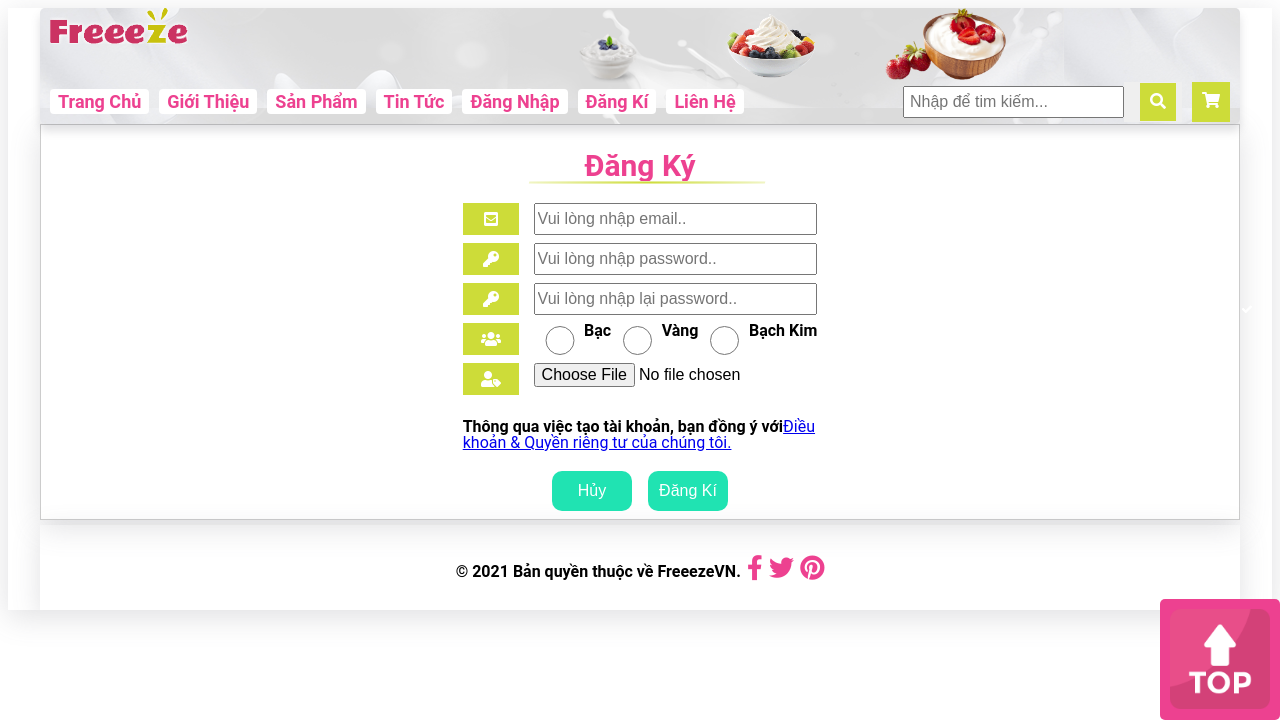
Repository: minh352623/lab1
Page: dangky.html
These files come from the project's save history. The page is drawn as it stood at one moment and after a run of saves; the edit follows.
The browser window is 1280 px wide. The pictures show the whole page.

Above is the page before, as saved 2022-03-13 20:41:16.

### dangky.html
<!DOCTYPE html>
<html lang="en">
  <head>
    <meta charset="UTF-8" />
    <meta http-equiv="X-UA-Compatible" content="IE=edge" />
    <meta name="viewport" content="width=device-width, initial-scale=1.0" />
    <link rel="shortcut icon" href="./images/favicon.ico" type="image/x-icon" />
    <!-- <link rel="stylesheet" href="./assets/font/fontawesome-free-5.15.4-web/css/all.min.css"> -->
    <link
      rel="stylesheet"
      href="https://cdnjs.cloudflare.com/ajax/libs/font-awesome/5.15.4/css/all.min.css"
      integrity="sha512-1ycn6IcaQQ40/MKBW2W4Rhis/DbILU74C1vSrLJxCq57o941Ym01SwNsOMqvEBFlcgUa6xLiPY/NS5R+E6ztJQ=="
      crossorigin="anonymous"
      referrerpolicy="no-referrer"
    />
    <link rel="stylesheet" href="./assets/base.css" />
    <link rel="stylesheet" href="./assets/grid.css" />
    <link rel="stylesheet" href="./assets/main.css" />
    <link rel="stylesheet" href="./assets/dangky.css" />
    <link rel="stylesheet" href="./assets/responsive.css" />
    <link rel="shortcut icon" href="./assets/images/favicon.ico" />
    <title>Đăng Kí</title>
  </head>

  <body>
    <div class="app">
      <!-- header -->
      <div class="header">
        <div class="grid wide">
          <div class="header__backrgoud">
            <a href="index.html" class="header__logo">
              <img src="./assets/images/logo.png" alt="" />
            </a>
            <div class="header__three-img">
              <a href="#" class="header__img img1">
                <img src="./assets/images/header-img1.png" alt="" />
              </a>
              <a href="#" class="header__img img2">
                <img src="./assets/images/header-img2.png" alt="" />
              </a>
              <a href="#" class="header__img img3">
                <img src="./assets/images/header-img3.png" alt="" />
              </a>
            </div>

            <div class="header-navbar">
              <div class="header-navbar__left">
                <ul
                  style="display: flex; list-style: none; padding: 0"
                  class="header__list"
                >
                  <li class="header__item">
                    <a href="./index.html" class="header__item-link"
                      >Trang Chủ</a
                    >
                  </li>
                  <li class="header__item">
                    <a href="./gioithieu.html" class="header__item-link"
                      >Giới Thiệu
                    </a>
                  </li>
                  <li class="header__item">
                    <a href="./sanpham.html" class="header__item-link"
                      >Sản Phẩm</a
                    >
                  </li>
                  <li class="header__item">
                    <a href="./tintuc.html" class="header__item-link"
                      >Tin Tức</a
                    >
                  </li>
                  <li class="header__item">
                    <a href="./dangnhap.html" class="header__item-link"
                      >Đăng Nhập</a
                    >
                  </li>
                  <li class="header__item">
                    <a href="./dangky.html" class="header__item-link"
                      >Đăng Kí</a
                    >
                  </li>
                  <li class="header__item">
                    <a href="./lienhe.html" class="header__item-link"
                      >Liên Hệ</a
                    >
                  </li>
                </ul>
              </div>

              <form
                action="timkiem.html"
                class="header-navbar__right form-search"
              >
                <div class="header-input">
                  <input
                    type="text"
                    class="input-search"
                    submit
                    placeholder="Nhập để tim kiếm..."
                  />
                </div>
                <div class="header-icon">
                  <button type="submit">
                    <a href="#" class="header-icon__search">
                      <i class="fas fa-search"></i>
                    </a>
                  </button>
                  <a class="header-icon__cart">
                    <i class="fas fa-shopping-cart"></i>
                  </a>
                </div>
              </form>
            </div>
          </div>
        </div>
      </div>

      <!-- main -->
      <div class="main">
        <article class="grid wide">
            <div class="container">
              <h1 class="product__title product__header-center">Đăng Ký</h1>
              <!-- <legend><b>ĐẮNG KÝ</b></legend> -->

              <form class="registration" action="#" mothod="post">
                <div class="email-input">

                    <label for="email">
                      <i class="icon-lh fas fa-envelope-square"></i>
                    </label>
                    <input
                      class="input valid"
                      id="email"
                      type="text"
                      placeholder="Vui lòng nhập email.."

                    />
                    <div class="input-icons">
                        <i class="fa fa-check"></i>
                        <i class="fa fa-times"></i>
                      </div>
                </div>

                <div class="password-input">

                    <label for="mk">
                      <!-- <b>Mật Khẩu</b> -->
                      <i class="icon-lh fas fa-key"></i>
                    </label>
                    <input
                      class="input valid"
                      id="password"
                      type="password"
                      placeholder="Vui lòng nhập password.."
                    />
                    <div class="input-icons">
                        <i class="fa fa-check"></i>
                        <i class="fa fa-times"></i>
                      </div>

                </div>


                    <div class="password-repeat">

                        <label for="nhaplai">
                          <!-- <b>Nhập Lại Mật Khẩu</b> -->
                          <i class="icon-lh fas fa-key"></i>
                        </label>
                        <input

                          id="password-repeat"
                          type="password"
                          placeholder="Vui lòng nhập lại password.."
                        />
                    </div>
                    <div class="rank-input">

                        <label for="capdo">
                          <!-- <b>Cấp độ thành viên</b> -->
                          <i class="icon-lh fas fa-users"></i>
                        </label>
                        <input  id="capdo" type="radio" name="radio" 1 />
                        <span>
                          <b>Bạc</b>
                        </span>
                        <input  id="capdo" type="radio" name="radio" />
                        <span>
                          <b>Vàng</b>
                        </span>
                        <input  id="capdo" type="radio" name="radio" />
                        <span>
                          <b>Bạch Kim</b>
                        </span>
                    </div>
                    <div class="avatar-input">

                        <label for="anh">
                          <!-- <b>Ảnh Đại Diện</b> -->
                          <i class="icon-lh fas fa-user-tag"></i>
                        </label>
                        <input  id="anh" type="file" />
                    </div>

                    <div class="info-input">

                        <p>
                          <b>Thông qua việc tạo tài khoản, bạn đồng ý với</b
                          ><a href="#"
                            >Điều khoản & Quyền riêng tư của chúng tôi.</a
                          >
                        </p>
                    </div>
                    <div class="submit-input">

                        <input type="reset" value="Hủy" >
                        <input  type="submit" value="Đăng Kí" >
                    </div>


              </form>
            </div>
        </article>
      </div>

      <!-- footer -->
      <div class="footer">
        <div class="grid wide">
          <div class="license">
            <span><b>© 2021 Bản quyền thuộc về FreeezeVN.</b></span>
            <a href="">
              <i class="fab fa-facebook-f"></i>
            </a>
            <a href="">
              <i class="fab fa-twitter"></i>
            </a>
            <a href="">
              <i class="fab fa-pinterest"></i>
            </a>
          </div>
          <a href="#" class="scoll">
            <img src="./assets/images/top.png" alt="" />
          </a>
        </div>
      </div>
    </div>
    <script src="./js/app.js"></script>
    <script src="./js/dangki.js"></script>
  </body>
</html>

### assets/base.css
:root {
    --white-color:#fff;
    --black-color:#000;
    --text-color:#333;
    --text-color-header:#ed4190;
    --header-height:40px;
    --header-height-main:50px;
}

*{
    box-sizing: inherit;
}
.app {
    overflow: hidden;
}
html {
    font-size: 62.5%;
    line-height: 1.6rem;
    font-family: 'Roboto', sans-serif;
    box-sizing: border-box;


}

.btn {
    min-width: 124px;
    height: 34px;
    text-decoration: none;
    border: none;
    font-size: 1.5rem;
    cursor: pointer;
    color: var(--text-color);

    display: flex;
    justify-content: center;
    align-items: center;
    padding: 0 12px;
    background-color: var(--white-color);
    line-height: 1.6rem;
    outline: none;
}
.btn--size-s {
    height: 32px;
    font-size: 1.2rem;
}
.btn.btn--nomal-hover:hover {
    background-color: rgba(0, 0, 0,0.2);
}

.btn.btn--primary {
    background-color: var(--primary-color);
    color: var(--white-color);
}

.btn.btn--disabled {
    cursor: default;
    background-color: #c3c3c3;
    color: #949494;
}

### assets/main.css

html{
    scroll-behavior: smooth;
}
.app{
    position: relative;
    box-shadow: rgba(100, 100, 111, 0.2) 0px 7px 29px 0px;
    margin-bottom: 10px;
}
button{
    border: none;
}
.header.is-fixed {
    position: fixed;
    top: 0;
    left: 0;
    width: 100%;
    z-index: 100;
    animation: fade 0.25s forwards 1;
  }
.header__backrgoud {
    background-image: url('./images/header.png');
    border-radius: 5px;
    padding: 0 10px;
    /* height:10rem; */
    overflow: hidden;
    display: block;
    position: relative;
    box-shadow: rgba(100, 100, 111, 0.2) 0px 7px 10px 0px;
}

.header__logo {
    display: inline-block;
}

.header__three-img {
    position: absolute;
    top: 0;
    left: 20%;
    width: 80%;



}

.header__img {
    display: inline-block;



}

.img1 {
    position: absolute;
    animation: img1 ease 1s;
    left: 30%;
    top: 2%;

}

.img2 {
    position: absolute;
    animation: img2 ease 1s;
    left: 45%;
    top: 2%;

}

.img3 {
    position: absolute;
    animation: img3 ease 1s;
    left: 63%;
    top: 2%;

}

@keyframes img1 {
    0% {
        left: 100%;
    }

    100% {
        left: 20%
    }
}

@keyframes img2 {
    0% {
        left: 100%;
    }

    100% {
        left: 40%
    }
}

@keyframes img3 {
    0% {
        left: 100%;
    }

    100% {
        left: 60%
    }
}

.header__img img {
    height: 80px;
}


.header-navbar {

    display: flex;
    justify-content: space-between;
    margin-top: 30px;
}

.header-navbar__left {
    display: flex;
    align-items: center;

}

.header__list {
    padding: 0;
    list-style: none;
    display: flex;

}

.header__item+.header__item {
    margin-left: 10px;
}

.header__item {

    background-color: var(--white-color);
    border-radius: 4px;
}
.header__item:hover a{
    color: var(--white-color);
    background-color: var(--text-color-header);
    border-radius: 4px;

}

.header__item-link {
    width: 100%;
    padding: 0 8px;
    line-height: 1.4;
    font-size: 1.8rem;
    font-weight: 600;
    display: block;
    text-decoration: none;
    color: var(--text-color-header)
}

.header-navbar__right {
    display: flex;


    align-items: center;

}

.header-input input {
    font-size: 1.6rem;
    padding: 5px 5px;

}

.header-icon {
    display: flex;
}

.header-icon__cart,
.header-icon__search {
    display: block;
    font-size: 1.6rem;
    margin-left: 10px;
    padding: 10px;
    background-color: #cddc39;
    text-decoration: none;
    cursor: pointer;
}

.header-icon__cart i,
.header-icon__search i {
    align-items: center;
    text-align: center;
    color: var(--white-color)
}

/* main */
.container {
    box-shadow: rgba(100, 100, 111, 0.2) 0px 7px 29px 0px;
    border:1px solid #ccc;
    padding:8px;
}

.bg-home {
    /* width:100%; */
}

.bg-home img {
    width: 100%;
    object-fit: contain;
}

.product {
    padding-top:50px
}

.product__header-center {

    color: var(--text-color-header);
    font-size: 3rem;
    position: relative;

    text-align: center;
    display: flex;
    justify-content: center;

}

.product__header-center::after {
    content: '';
    position: absolute;
    background: radial-gradient(#cddc39, #fff);
    box-sizing: border-box;
    transform: skew(-12deg) translate(3%);
    height: 3px;
    width: 20%;
    bottom: -10px;
}

.product__title {
    font-size: 2rem;
    color: var(--text-color-header)
}

.product__img {

}
.product__img img{
    width: 100%;
    object-fit: contain;
}
.product__info p{
    line-height:1.5;
    width: 100%;
    margin-top: 0;
    font-size:1.8rem;
    color: var(--black-color);
    font-weight: 600;
}
.flex{
    display: flex;
    flex-direction: row-reverse
}
.product__header-center3{
    color: var(--text-color-header);
    font-size: 3rem;




}
.tutorial h2{
    color: var(--text-color-header);
    font-size:1.8rem;
}

.tutorial{
    font-size:1.6rem;
    line-height: 1.4;
    font-weight: 600;
}

.contact{
    border:1px solid var(--text-color-header);
    padding:10px 0;
    text-align:center;
}
.contact__img{
    object-fit: contain;
    width: 40%;
}
.contact span {
    display: block;
    font-size:1.8rem;
    font-weight: 600;
    padding-top: 10px;
}

/* footer */

.license{
    font-size:2.5rem;
    font-weight: 600;
    display: block;
    padding: 30px 50px;
    margin-top: 5px;
    text-align:center;
    box-shadow: rgba(100, 100, 111, 0.2) 0px 7px 29px 0px;
}
.license a{
    text-decoration:none;
    color: var(--text-color-header)
}

.scoll{
    font-size:2rem;
    position:fixed;
    background:var(--text-color-header);
    display:block;
    text-decoration: none;
    padding:10px;
    bottom:0;
    right: 0;
    border-radius:5px;
}
.scoll img{
    width: 100%;
    object-fit: contain;
    width:100px;
    height: 100px;
}
.price{
    font-size:2rem;
    margin:16px 0;

}
span{
    font-size: 2rem;
}

### assets/dangky.css

.registration{
    display: flex;
    flex-direction: column;
    justify-content:center;
    align-items:center;
}
.email-input,
.password-input,
.password-repeat,
.rank-input,
.avatar-input,
.info-input{
    width:30%;
    display: flex;
    justify-content:space-between;
    margin:4px 0;
}
.email-input label,
.password-input label,
.password-repeat label,
.rank-input label,
.avatar-input label,
.info-input label{
    width:20%;
    flex: center;
}
.email-input input,
.password-input input,
.password-repeat input,
.rank-input input,
.avatar-input input,
.info-input input{
    width:80%;
    flex: 1;
}
.product__title {
    text-align: center;
    font-size:3rem;

}
.icon-lh{
    font-size:1.6rem;
    padding:8px;
    background-color:#cddc39;
    color: var(--white-color);
    width:80%;
    text-align:center;
}
span,
input{
    font-size:1.6rem;
}
p{
    font-size:1.6rem;
}
.submit-input{
    display: flex;
}
.submit-input input {
    flex: start;
    display: block;
    width:80px;
    height:40px;
    margin:0 8px;
    color: #fff;
    background-color: #20E3B2;
    border:none;
    outline: none;
    cursor: pointer;
    border-radius: 10px;
}

.check-email,
.check-password{
    color: #FF6651;
    flex: start;
    text-align:end;
    margin-left:40px;
    display:none;
    transition: all 0.25s linear;
}
.input.invalid + .input-icons .fa-times,
.input.valid + .input-icons .fa-check {
    opacity: 1;
    visibility: visible;
    transform: scale(1);
  }
.check-email.active,
.check-password.active{
    display: block;
}

.input-icons {
    position: absolute;
    top: 50%;
    transform: translateY(-50%);
    right: 25px;
    display: flex;
    justify-content: center;
    align-items: center;
  }
  .input-icons i {
    color: white;
    width: 20px;
    height: 20px;
    border-radius: 20px;
    display: flex;
    justify-content: center;
    align-items: center;
    font-size: 10px;
    opacity: 0;
    visibility: hidden;
    transform: scale(0);
    transition: all 0.2s ease;
    position: absolute;
  }

### assets/responsive.css
/* mobile and table  */

@media (max-width:1023px){




}


/* table  */

@media (min-width:740px) and (max-width:1023px ){







}


/* mobile */
@media (max-width:739px){




}

Loaded but not shown: js/app.js (56 lines, source omitted); js/dangki.js (22 lines, source omitted); assets/grid.css (644 lines, source omitted)

After the next 4 saves:
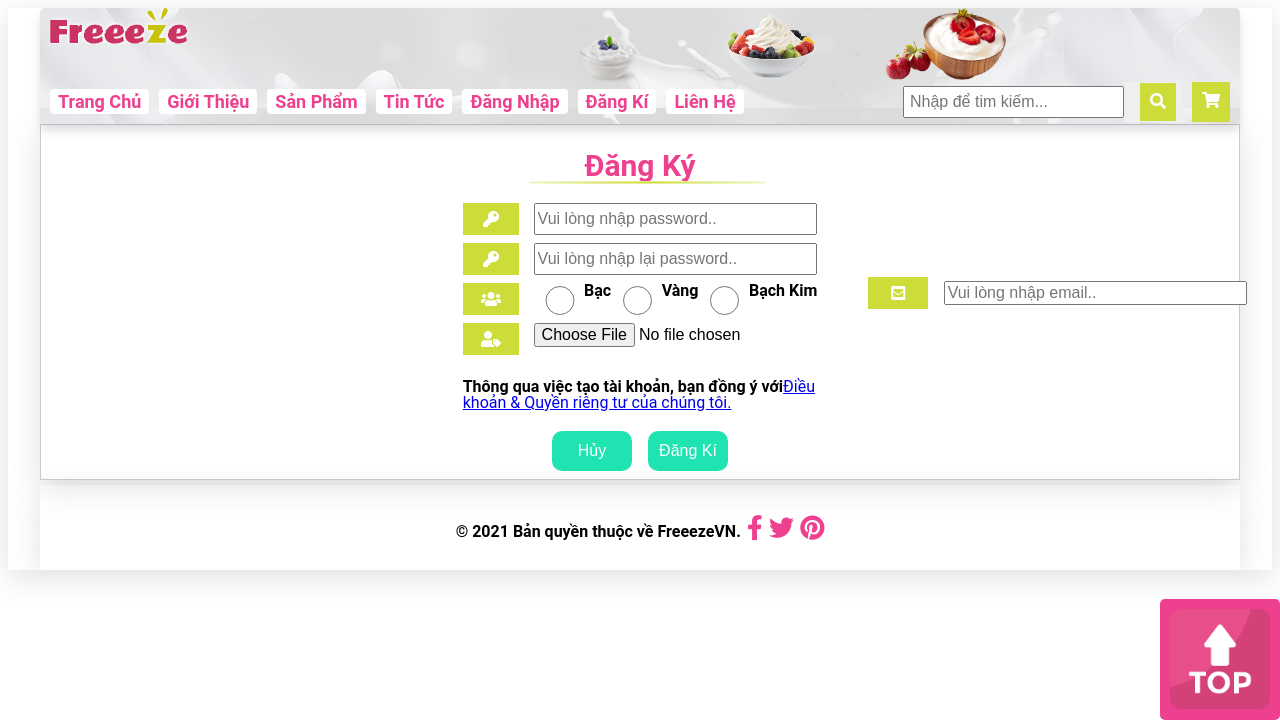
The 4 saves are shown as one change because they came seconds apart.
The last was saved 21 s later.
--- a/assets/dangky.css
+++ b/assets/dangky.css
@@ -90,7 +90,8 @@
 .check-password.active{
     display: block;
 }
-
+.email-input,
+.password-in
 .input-icons {
     position: absolute;
     top: 50%;

After the save that followed:
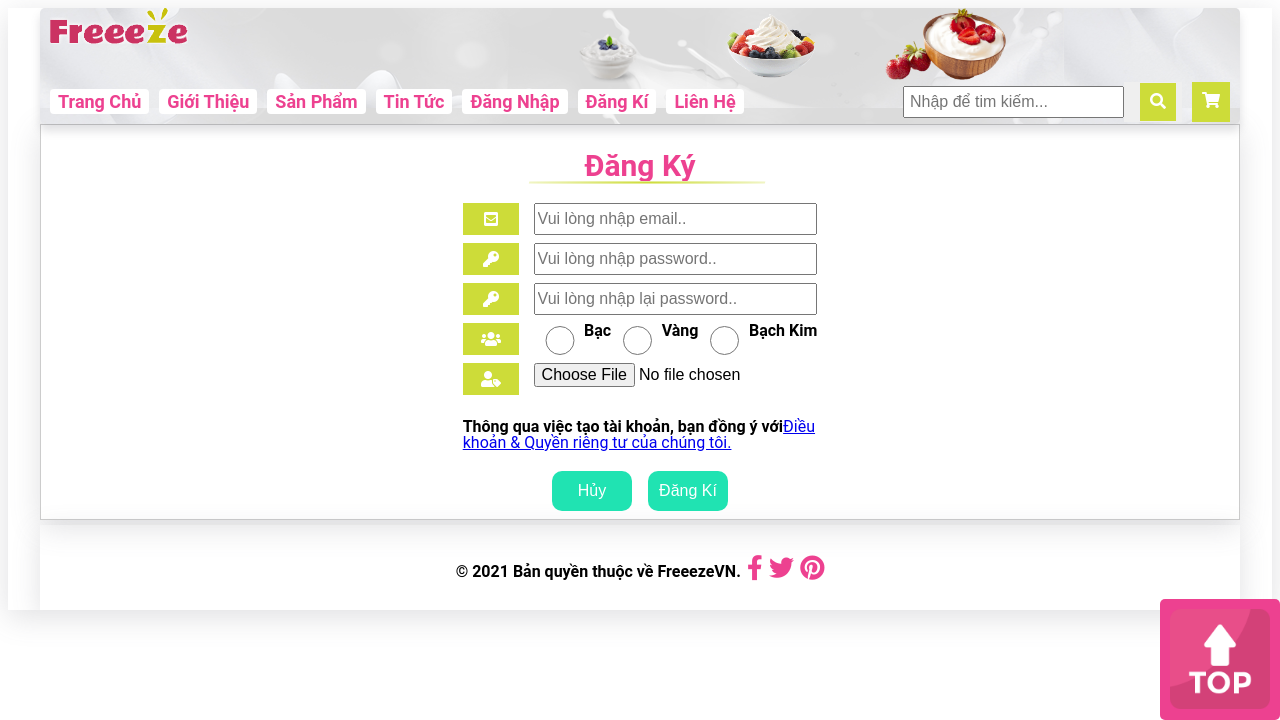
Saved 5 s later.
--- a/assets/dangky.css
+++ b/assets/dangky.css
@@ -91,7 +91,9 @@
     display: block;
 }
 .email-input,
-.password-in
+.password-input{
+    position: relative;
+}
 .input-icons {
     position: absolute;
     top: 50%;
